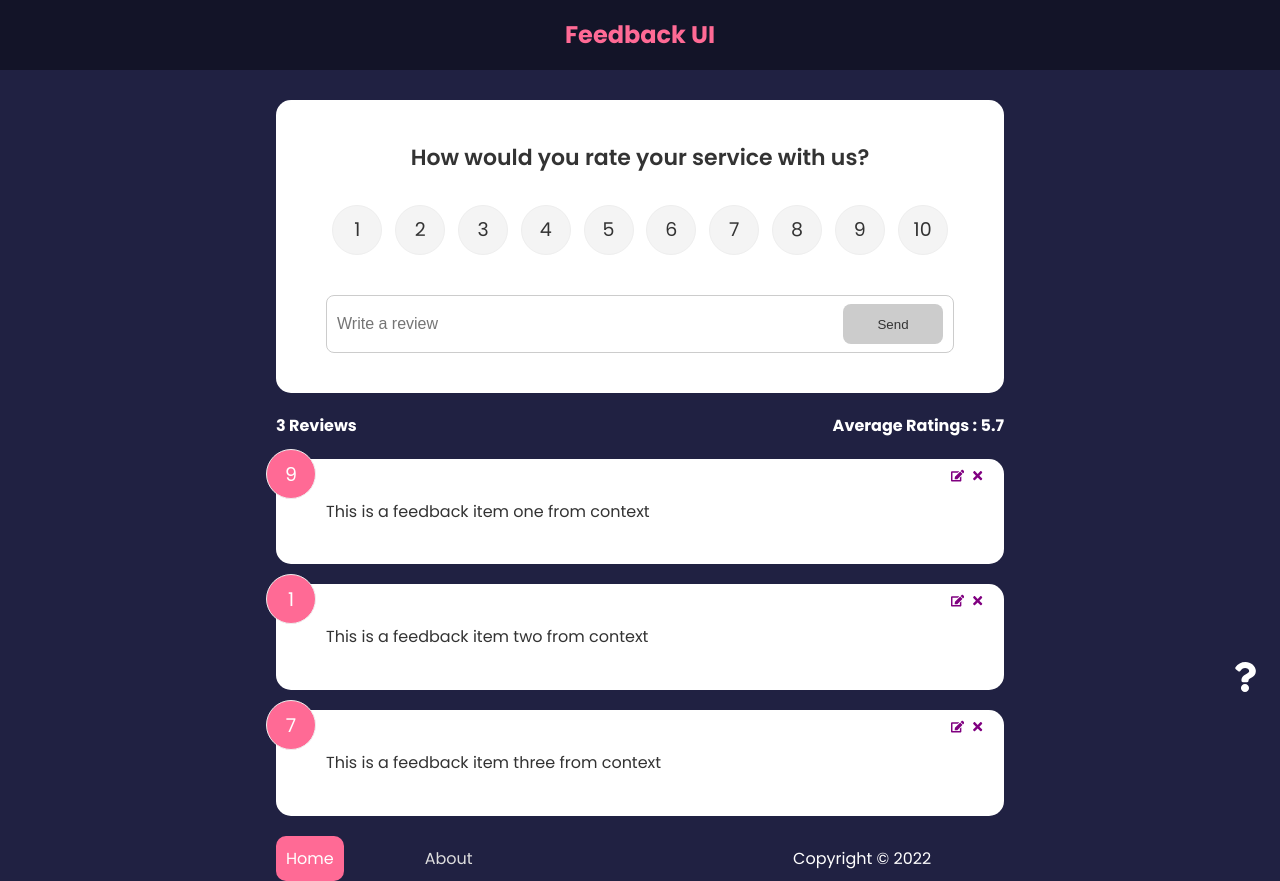
Repository: bayorwor/feedbackapp
Page: /
An editor plug-in stored every save of this project. The page is shown before and after the next save, followed by the edit.
The browser window is 1280 px wide. The pictures show the whole page.
The project was rebuilt for these pictures with package versions that can differ from the ones it lists, and the page was loaded fresh each time. Also part of the build but not shown: src/pages/AboutPage.jsx.

Above is the page before, as saved 2022-02-01 01:43:04.

### public/index.html
<!DOCTYPE html>
<html lang="en">
  <head>
    <meta charset="utf-8" />
    <link rel="icon" href="%PUBLIC_URL%/favicon.ico" />
    <meta name="viewport" content="width=device-width, initial-scale=1" />
    <meta name="theme-color" content="#000000" />
    <meta
      name="description"
      content="Web site created using create-react-app"
    />
    <link rel="apple-touch-icon" href="%PUBLIC_URL%/logo192.png" />
    <link rel="manifest" href="%PUBLIC_URL%/manifest.json" />
    <title>feedback app</title>
  </head>
  <body>
    <noscript>You need to enable JavaScript to run this app.</noscript>
    <div id="root"></div>
  </body>
</html>

### src/index.css
@import url("https://fonts.googleapis.com/css2?family=Poppins:wght@400;600;700&display=swap");

* {
  box-sizing: border-box;
  margin: 0;
  padding: 0;
}

body {
  font-family: "Poppins", sans-serif;
  background-color: #202142;
  color: #fff;
  line-height: 1.6;
}

ul {
  list-style: none;
}

.container {
  max-width: 768px;
  margin: auto;
  padding: 0 20px;
}

header {
  height: 70px;
  width: 100%;
  display: flex;
  justify-content: space-between;
  align-items: center;
  margin-bottom: 30px;
}

.card {
  background-color: #fff;
  color: #333;
  border-radius: 15px;
  padding: 40px 50px;
  margin: 20px 0;
  position: relative;
}

.card.reverse {
  background-color: rgba(0, 0, 0, 0.4);
  color: #fff;
}

.card h2 {
  font-size: 22px;
  font-weight: 600;
  text-align: center;
}

.rating {
  display: flex;
  align-items: center;
  justify-content: space-around;
  margin: 30px 0 40px;
}

.rating li,
.num-display {
  position: relative;
  background: #f4f4f4;
  width: 50px;
  height: 50px;
  padding: 10px;
  text-align: center;
  border-radius: 50%;
  font-size: 19px;
  border: 1px #eee solid;
  transition: 0.3s;
}

.rating li label {
  position: absolute;
  top: 50%;
  left: 50%;
  width: 50px;
  height: 50px;
  padding: 10px;
  border-radius: 50%;
  transform: translate(-50%, -50%);
  cursor: pointer;
}

.rating li:hover,
.num-display {
  background: #ff6a95;
  color: #fff;
}

[type="radio"] {
  opacity: 0;
}

[type="radio"]:checked ~ label {
  background: #ff6a95;
  color: #fff;
}

.input-group {
  display: flex;
  flex-direction: row;
  border: 1px solid #ccc;
  padding: 8px 10px;
  border-radius: 8px;
}

input {
  flex-grow: 2;
  border: none;
  font-size: 16px;
}

input:focus {
  outline: none;
}

.feedback-stats {
  color: #fff;
  display: flex;
  justify-content: space-between;
  align-items: center;
}

.num-display {
  position: absolute;
  top: -10px;
  left: -10px;
}

.close,
.edit {
  position: absolute;
  top: 10px;
  right: 20px;
  cursor: pointer;
  background: none;
  border: none;
}

.edit {
  right: 40px;
}

.btn {
  color: #fff;
  border: 0;
  border-radius: 8px;
  color: #fff;
  width: 100px;
  height: 40px;
  cursor: pointer;
}

.btn-primary {
  background-color: #202142;
}

.btn-secondary {
  background: #ff6a95;
}

.btn:hover {
  transform: scale(0.98);
  opacity: 0.9;
}

.btn:disabled {
  background-color: #cccccc;
  color: #333;
  cursor: auto;
}

.btn:disabled:hover {
  transform: scale(1);
  opacity: 1;
}

.message {
  padding-top: 10px;
  text-align: center;
  color: rebeccapurple;
}

.about-link {
  position: absolute;
  bottom: 20px;
  right: 20px;
  color: #fff;
  cursor: pointer;
}

.about-link a {
  color: #fff;
}

.about-link a:hover {
  color: #ff6a95;
}

.about h1 {
  margin-bottom: 20px;
}

.about p {
  margin: 10px 0;
}

@media (max-width: 600px) {
  .rating li {
    margin: 10px 3px;
  }

  .rating {
    display: flex;
    align-items: center;
    justify-content: center;
    flex-wrap: wrap;
    margin: 30px 0 40px;
  }

  .input-group input {
    width: 80%;
  }
}
.active {
  background: #ff6a95;
  color: #fff;
  padding: 10px;
  border-radius: 10px;
}
a {
  text-decoration: none;
  color: #dedede;
}
.footer {
  display: flex;
  justify-content: space-between;
  align-items: center;
  width: 90%;
}

.footer-container {
  display: flex;
  justify-content: space-between;
  align-items: center;
  width: 30%;
}

### src/App.js
import { BrowserRouter as Router, Route, Routes } from "react-router-dom";
import Header from "./components/Header";
import FeedbackList from "./components/FeedbackList";
import FeedbackStats from "./components/FeedbackStats";
import FeedbackForm from "./components/FeedbackForm";
import AboutPage from "./pages/AboutPage";
import AboutIconLink from "./components/AboutIconLink";
import Footer from "./components/Footer";
import { FeedbackProvider } from "./context/FeedbackContext";

const App = () => {
  return (
    <FeedbackProvider>
      <Router>
        <Header />
        <div className="container">
          <Routes>
            <Route
              exact
              path="/"
              element={
                <>
                  <FeedbackForm />
                  <FeedbackStats />
                  <FeedbackList />
                </>
              }
            ></Route>
            <Route path="/about" element={<AboutPage />} />
          </Routes>
          <Footer />
          <AboutIconLink />
        </div>
      </Router>
    </FeedbackProvider>
  );
};

export default App;

### src/components/Header.jsx
import React from "react";
import PropTypes from "prop-types";

const Header = ({ text, bgColor, textColor }) => {
  const headerStyle = {
    backgroundColor: bgColor,
    color: textColor,
  };

  return (
    <header style={headerStyle}>
      <div className="container">
        <h2>{text}</h2>
      </div>
    </header>
  );
};

Header.defaultProps = {
  text: "Feedback UI",
  bgColor: "rgba(0, 0, 0, 0.4)",
  textColor: "#ff6a95",
};

Header.propTypes = {
  text: PropTypes.string,
  bgColor: PropTypes.string,
  textColor: PropTypes.string,
};

export default Header;

### src/components/FeedbackList.jsx
import { useContext } from "react";
import { motion, AnimatePresence } from "framer-motion";
import FeedbaackItem from "./FeedbaackItem";
import Card from "./shared/Card";
import FeedbackContext from "../context/FeedbackContext";

function FeedbackList() {
  const { feedback } = useContext(FeedbackContext);
  if (!feedback || feedback.length === 0) {
    return (
      <Card reverse={true}>
        <p>There are no feedbacks to display</p>
      </Card>
    );
  }

  return (
    <div className="feedback-list">
      <AnimatePresence>
        {feedback.map((feedback) => (
          <motion.div
            key={feedback.id}
            initial={{ opacity: 0 }}
            animate={{ opacity: 1 }}
            exit={{ opacity: 0 }}
          >
            <FeedbaackItem key={feedback.id} feedback={feedback} />
          </motion.div>
        ))}
      </AnimatePresence>
    </div>
  );
}

export default FeedbackList;

### src/components/FeedbackStats.jsx
import { useContext } from "react";
import FeedbackContext from "../context/FeedbackContext";

function FeedbackStats() {
  const { feedback } = useContext(FeedbackContext);

  let average =
    feedback.reduce((total, feedback) => total + feedback.rating, 0) /
    feedback.length;

  average = average.toFixed(1);

  return (
    <div className="feedback-stats">
      <h4>{feedback.length} Reviews</h4>
      <h4>Average Ratings : {isNaN(average) ? 0 : average}</h4>
    </div>
  );
}

export default FeedbackStats;

### src/components/FeedbackForm.jsx
import { useState, useContext, useEffect } from "react";
import Card from "./shared/Card";
import Button from "./shared/Button";
import RatingSelect from "./RatingSelect";
import FeedbackContext from "../context/FeedbackContext";

function FeedbackForm() {
  const [text, setText] = useState("");
  const [rating, setRating] = useState(10);
  const [btnDisabled, setBtnDisabled] = useState(true);
  const [message, setMessage] = useState("");

  const { addFeedback, feedbackEdit, updateFeedback } =
    useContext(FeedbackContext);

  useEffect(() => {
    if (feedbackEdit.edit === true) {
      setBtnDisabled(true);
      setText(feedbackEdit.item.text);
      setRating(feedbackEdit.item.rating);
    }
  }, [feedbackEdit]);

  const handleChange = (event) => {
    if (text === "") {
      setBtnDisabled(true);
      setMessage(null);
    } else if (text !== "" && text.trim().length <= 10) {
      setBtnDisabled(false);
      setMessage("Please enter at least 10 characters");
    } else {
      setBtnDisabled(false);
      setMessage(null);
    }
    setText(event.target.value);
  };

  const handleSubmit = (event) => {
    event.preventDefault();
    if (text.trim().length > 10) {
      const newFeedback = {
        text,
        rating,
      };
      if (feedbackEdit.edit === true) {
        updateFeedback(feedbackEdit.item.id, newFeedback);
      } else {
        addFeedback(newFeedback);
        setText("");
        setRating(10);
        setBtnDisabled(true);
      }
    }
  };

  return (
    <Card>
      <form onSubmit={handleSubmit}>
        <h2>How would you rate your service with us?</h2>
        <RatingSelect select={(rating) => setRating(rating)} />
        <div className="input-group">
          <input
            onChange={handleChange}
            value={text}
            type="text"
            placeholder="Write a review"
          />
          <Button type="submit" isDisabled={btnDisabled}>
            Send
          </Button>
        </div>
        {message && <div className="message">{message}</div>}
      </form>
    </Card>
  );
}

export default FeedbackForm;

### src/components/AboutIconLink.jsx
import React from "react";
import { FaQuestion } from "react-icons/fa";
import { Link } from "react-router-dom";

function AboutIconLink() {
  return (
    <div className="about-link">
      <Link to="/about">
        <FaQuestion size={30} />
      </Link>
    </div>
  );
}

export default AboutIconLink;

### src/components/Footer.jsx
import { NavLink } from "react-router-dom";

function Footer() {
  var today = new Date();
  var year = today.getFullYear();

  return (
    <>
      <div className="footer">
        <div className="footer-container">
          <NavLink activeClassName="active" to="/">
            Home
          </NavLink>
          <NavLink activeClassName="active" to="/about">
            About
          </NavLink>
        </div>
        <p>Copyright &copy; {year}</p>
      </div>
    </>
  );
}

export default Footer;

### src/context/FeedbackContext.js
import { createContext, useState } from "react";
import { v4 as uuidV4 } from "uuid";

const FeedbackContext = createContext();

export const FeedbackProvider = ({ children }) => {
  const [feedback, setFeedback] = useState([
    {
      id: 1,
      text: "This is a feedback item one from  context",
      rating: 9,
    },
    {
      id: 2,
      text: "This is a feedback item two from  context",
      rating: 1,
    },
    {
      id: 3,
      text: "This is a feedback item three from  context",
      rating: 7,
    },
  ]);

  const [feedbackEdit, setFeedbackEdit] = useState({
    item: {},
    edit: false,
  });

  //deleting a feedback item
  const deleteFeedback = (id) => {
    if (window.confirm("Are you sure you want to delete this feedback?")) {
      setFeedback(feedback.filter((feedback) => feedback.id !== id));
    }
  };

  //adding a new feedback item
  const addFeedback = (newFeedback) => {
    newFeedback.id = uuidV4();
    setFeedback([newFeedback, ...feedback]);
  };

  //updating a feedback item
  const updateFeedback = (id, updItem) => {
    setFeedback(
      feedback.map((feedback) =>
        feedback.id === id ? { ...feedback, ...updItem } : feedback
      )
    );
  };

  //editing a feedback item
  const editFeedback = (item) => {
    setFeedbackEdit({
      item,
      edit: true,
    });
  };

  return (
    <FeedbackContext.Provider
      value={{
        feedback,
        deleteFeedback,
        addFeedback,
        editFeedback,
        feedbackEdit,
        updateFeedback,
      }}
    >
      {children}
    </FeedbackContext.Provider>
  );
};

export default FeedbackContext;

### src/components/FeedbaackItem.jsx
import { FaEdit, FaTimes } from "react-icons/fa";
import { useContext } from "react";
import PropTypes from "prop-types";
import Card from "./shared/Card";
import FeedbackContext from "../context/FeedbackContext";

function FeedbaackItem({ feedback }) {
  const { deleteFeedback, editFeedback } = useContext(FeedbackContext);

  return (
    <Card>
      <div className="num-display">{feedback.rating}</div>
      <button onClick={() => deleteFeedback(feedback.id)} className="close">
        <FaTimes color="purple" />
      </button>
      <button onClick={() => editFeedback(feedback)} className="edit">
        <FaEdit color="purple" />
      </button>
      <div className="text-display">{feedback.text}</div>
    </Card>
  );
}

FeedbaackItem.propTypes = {
  feedback: PropTypes.object.isRequired,
};

export default FeedbaackItem;

### src/components/shared/Card.jsx
import React from "react";
import PropTypes from "prop-types";

function Card({ children, reverse }) {
  return <div className={`card ${reverse && "reverse"}`}>{children}</div>;
}

Card.defaultProps = {
  reverse: false,
};

Card.propTypes = {
  children: PropTypes.node.isRequired,
  reverse: PropTypes.bool,
};

export default Card;

### src/components/shared/Button.js
import PropTypes from "prop-types";

function Button({ children, version, type, isDisabled }) {
  return (
    <button type={type} disabled={isDisabled} className={`btn btn-${version}`}>
      {children}
    </button>
  );
}

Button.defaultProps = {
  version: "primary",
  type: "button",
  isDisabled: false,
};

Button.prototype = {
  children: PropTypes.node.isRequired,
  version: PropTypes.string,
  type: PropTypes.string,
  isDisabled: PropTypes.bool,
};

export default Button;

### src/components/RatingSelect.jsx
import { useState, useEffect, useContext } from "react";
import FeedbackContext from "../context/FeedbackContext";

function RatingSelect({ select }) {
  const [selected, setSelected] = useState(10);

  const { feedbackEdit } = useContext(FeedbackContext);

  useEffect(() => {
    setSelected(feedbackEdit.item.rating);
  }, [feedbackEdit]);

  const handleChange = (event) => {
    setSelected(+event.currentTarget.value);
    select(+event.currentTarget.value);
  };

  return (
    <ul className="rating">
      <li>
        <input
          type="radio"
          id="num1"
          name="rating"
          value="1"
          onChange={handleChange}
          checked={selected === 1}
        />
        <label htmlFor="num1">1</label>
      </li>
      <li>
        <input
          type="radio"
          id="num2"
          name="rating"
          value="2"
          onChange={handleChange}
          checked={selected === 2}
        />
        <label htmlFor="num2">2</label>
      </li>
      <li>
        <input
          type="radio"
          id="num3"
          name="rating"
          value="3"
          onChange={handleChange}
          checked={selected === 3}
        />
        <label htmlFor="num3">3</label>
      </li>
      <li>
        <input
          type="radio"
          id="num4"
          name="rating"
          value="4"
          onChange={handleChange}
          checked={selected === 4}
        />
        <label htmlFor="num4">4</label>
      </li>
      <li>
        <input
          type="radio"
          id="num5"
          name="rating"
          value="5"
          onChange={handleChange}
          checked={selected === 5}
        />
        <label htmlFor="num5">5</label>
      </li>
      <li>
        <input
          type="radio"
          id="num6"
          name="rating"
          value="6"
          onChange={handleChange}
          checked={selected === 6}
        />
        <label htmlFor="num6">6</label>
      </li>
      <li>
        <input
          type="radio"
          id="num7"
          name="rating"
          value="7"
          onChange={handleChange}
          checked={selected === 7}
        />
        <label htmlFor="num7">7</label>
      </li>
      <li>
        <input
          type="radio"
          id="num8"
          name="rating"
          value="8"
          onChange={handleChange}
          checked={selected === 8}
        />
        <label htmlFor="num8">8</label>
      </li>
      <li>
        <input
          type="radio"
          id="num9"
          name="rating"
          value="9"
          onChange={handleChange}
          checked={selected === 9}
        />
        <label htmlFor="num9">9</label>
      </li>
      <li>
        <input
          type="radio"
          id="num10"
          name="rating"
          value="10"
          onChange={handleChange}
          checked={selected === 10}
        />
        <label htmlFor="num10">10</label>
      </li>
    </ul>
  );
}

export default RatingSelect;

Loaded but not shown: src/index.js (common file)

After the next save:
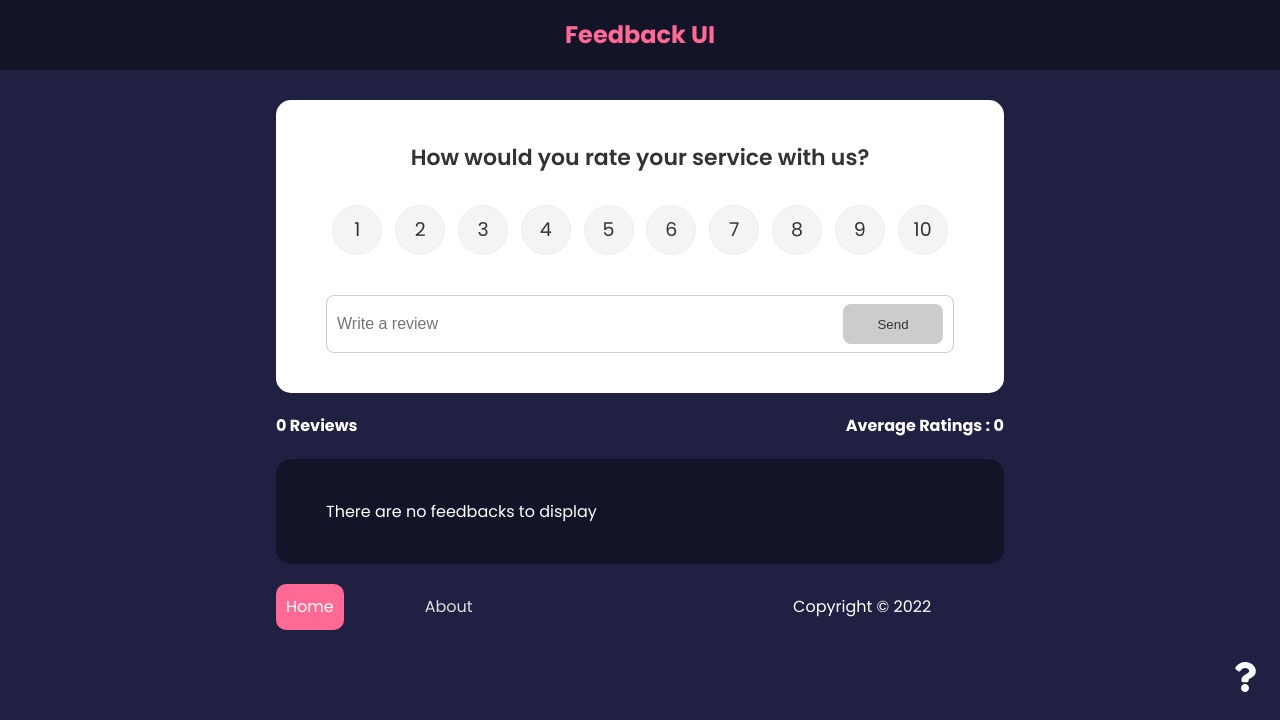
Saved 2 min 57 s later.
--- a/src/context/FeedbackContext.js
+++ b/src/context/FeedbackContext.js
@@ -4,23 +4,7 @@ import { v4 as uuidV4 } from "uuid";
 const FeedbackContext = createContext();
 
 export const FeedbackProvider = ({ children }) => {
-  const [feedback, setFeedback] = useState([
-    {
-      id: 1,
-      text: "This is a feedback item one from  context",
-      rating: 9,
-    },
-    {
-      id: 2,
-      text: "This is a feedback item two from  context",
-      rating: 1,
-    },
-    {
-      id: 3,
-      text: "This is a feedback item three from  context",
-      rating: 7,
-    },
-  ]);
+  const [feedback, setFeedback] = useState([]);
 
   const [feedbackEdit, setFeedbackEdit] = useState({
     item: {},
